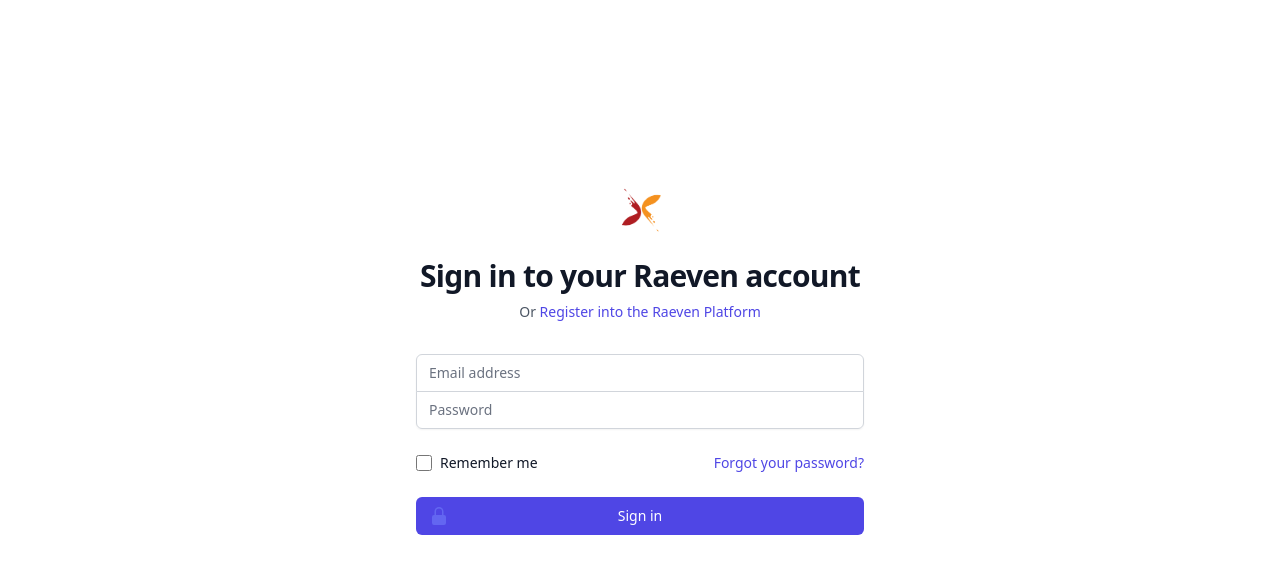
Repository: Curiosityxploring/raeven-site
Page: /login
The author's editor kept a copy of each file at every save. The page is drawn from the files as they stood at one save, then again after a run of saves.
The browser window is 1280 px wide. The pictures show the whole page.
The project was rebuilt for these pictures with package versions that can differ from the ones it lists, and the page was loaded fresh each time. The framework's server and built-in components were replaced by stand-ins that run in the browser. Also part of the build but not shown: next.config.js.

Above is the page before, as saved 2023-01-12 15:20:49.

After the next 2 saves:
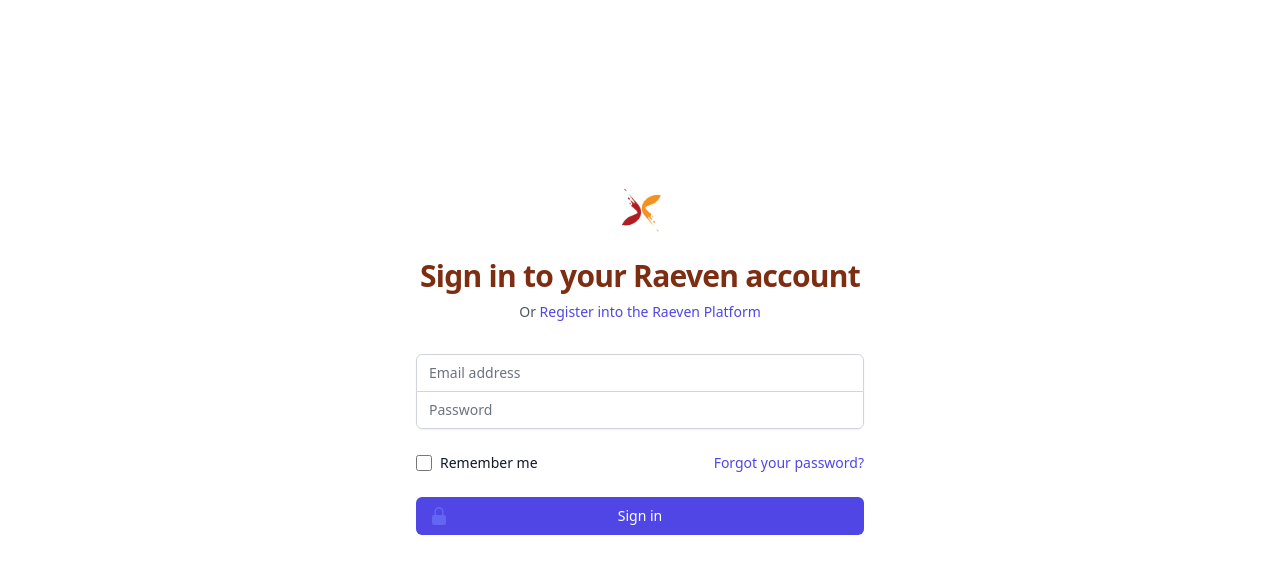
The 2 saves are shown as one change because they came seconds apart.
The last was saved 17 s later.
--- a/pages/login.jsx
+++ b/pages/login.jsx
@@ -20,7 +20,7 @@
               src="/images/curiositylogo.png"
               alt="Your Company"
             />
-            <h2 className="mt-6 text-center text-3xl font-bold tracking-tight text-gray-900">
+            <h2 className="mt-6 text-center text-3xl font-bold tracking-tight text-orange-900">
               Sign in to your Raeven account
             </h2>
             <p className="mt-2 text-center text-sm text-gray-600">
